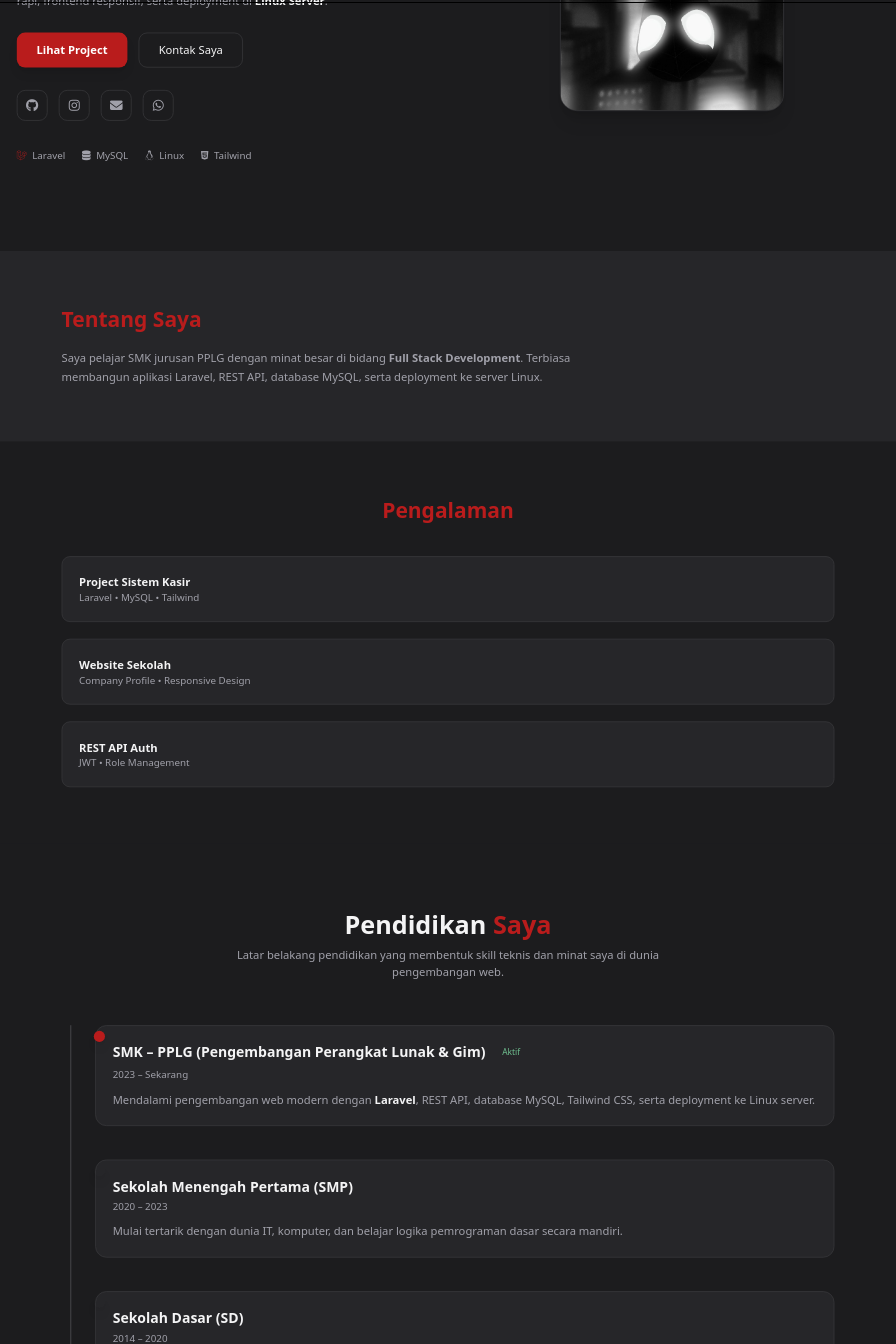
Repository: Fadlan079/Personal-Portfolio
Page: http://localhost/
The author's editor kept a copy of each file at every save. The page is drawn from the files as they stood at one save, then again after a run of saves.
The browser window is 1280 px wide. The pictures show the part of the page from y = 361 to 2281 px (the page is 4636 px tall), at 70% of full size.
Some web libraries are served in a nearby version. The page is served by the project's Laravel application, run on PHP 8.4 with Laravel 12. Other server files are loaded and not shown.

Above is the page before, as saved 2026-01-15 09:12:06.

### routes/web.php
<?php

use Illuminate\Support\Facades\Route;
use App\Http\Controllers\ProjectController;

// Route::get('/', function () {
//     return view('welcome');
// });

Route::get('/', function () {
    return view('portofolio');
});

// Route::get('/project', function () {
//     return view('project');
// });

Route::get('/project', [ProjectController::class, 'index']);

### resources/views/portofolio.blade.php
<!DOCTYPE html>
<html lang="id">
<head>
  <meta charset="UTF-8" />
  <meta name="viewport" content="width=device-width, initial-scale=1.0" />
  <title>Portfolio | Fadlan</title>
  <script src="https://cdn.tailwindcss.com"></script>
  <link rel="stylesheet" href="https://cdnjs.cloudflare.com/ajax/libs/font-awesome/6.5.1/css/all.min.css"/>
  <script>
    tailwind.config = {
      theme: {
        extend: {
          colors: {
            bg: 'var(--color-bg)',
            surface: 'var(--color-surface)',
            border: 'var(--color-border)',
            text: 'var(--color-text)',
            muted: 'var(--color-muted)',
            primary: 'var(--color-primary)',
            success: 'var(--color-success)',
            danger: 'var(--color-danger)',
            warning: 'var(--color-warning)',
          }
        }
      }
    }
  </script>
  <style>
    :root {
      --color-bg: #1c1c1e;
      --color-surface: #262629;
      --color-border: #3a3a3d;
      --color-text: #f4f4f5;
      --color-muted: #a1a1aa;
      --color-primary: #b91c1c;
      --color-success: #6fbf8f;
      --color-danger:  #ef4444;
      --color-warning: #eab308;
    }

    html {
      scroll-behavior: smooth;
    }

* {
  scrollbar-width: thin;
  scrollbar-color: #ef4444 transparent;
}

::-webkit-scrollbar {
  width: 10px;
}

::-webkit-scrollbar-track {
  background: transparent;
}

::-webkit-scrollbar-thumb {
  background: linear-gradient(
    180deg,
    #ef4444,
    #dc2626
  );
  border-radius: 999px;
  border: 2px solid transparent;
  background-clip: content-box;
}

::-webkit-scrollbar-thumb:hover {
  background: linear-gradient(
    180deg,
    #f87171,
    #ef4444
  );
}

  </style>
</head>

<body class="bg-bg text-text">
  <header> @include('components.header') </header>
  <main>
    <section id="home" class="relative min-h-screen flex items-center px-6 overflow-hidden">  @include('sections.hero')</section>
    <section id="about" class="py-20 bg-surface"> @include('sections.about')</section>
  </main>

<section id="experience" class="py-20">
  <div class="max-w-6xl mx-auto px-6">
    <h3 class="text-3xl font-bold mb-12 text-primary text-center">Pengalaman</h3>
    <div class="space-y-6">
      <div class="bg-surface border border-border rounded-xl p-6">
        <h4 class="font-semibold">Project Sistem Kasir</h4>
        <p class="text-muted text-sm">Laravel • MySQL • Tailwind</p>
      </div>
      <div class="bg-surface border border-border rounded-xl p-6">
        <h4 class="font-semibold">Website Sekolah</h4>
        <p class="text-muted text-sm">Company Profile • Responsive Design</p>
      </div>
      <div class="bg-surface border border-border rounded-xl p-6">
        <h4 class="font-semibold">REST API Auth</h4>
        <p class="text-muted text-sm">JWT • Role Management</p>
      </div>
    </div>
  </div>
</section>

<!-- Education -->
<section id="education" class="py-24 bg-bg">
  <div class="max-w-6xl mx-auto px-6">

    <!-- Heading -->
    <div class="mb-16 text-center">
      <h3 class="text-4xl font-extrabold">
        Pendidikan
        <span class="text-primary">Saya</span>
      </h3>
      <p class="text-muted mt-3 max-w-2xl mx-auto">
        Latar belakang pendidikan yang membentuk skill teknis
        dan minat saya di dunia pengembangan web.
      </p>
    </div>

    <!-- Timeline Wrapper -->
    <div class="relative pl-8 md:pl-12">

      <!-- Vertical Line -->
      <div class="absolute left-3 top-0 h-full w-[2px] bg-border"></div>

      <!-- Item -->
      <div class="relative mb-12">
        <!-- Dot -->
        <div class="absolute -left-[2px] top-2">
          <span
            class="block w-4 h-4 rounded-full bg-primary
                   shadow-lg shadow-primary/40">
          </span>
        </div>

        <!-- Card -->
        <div
          class="bg-surface border border-border rounded-2xl p-6
                 hover:-translate-y-1 transition"
        >
          <div class="flex flex-wrap items-center gap-3 mb-2">
            <h4 class="text-xl font-semibold">
              SMK – PPLG (Pengembangan Perangkat Lunak & Gim)
            </h4>
            <span
              class="text-xs px-3 py-1 rounded-full
                     bg-success/20 text-success"
            >
              Aktif
            </span>
          </div>

          <p class="text-sm text-muted mb-3">
            2023 – Sekarang
          </p>

          <p class="text-muted leading-relaxed">
            Mendalami pengembangan web modern dengan
            <strong class="text-text">Laravel</strong>,
            REST API, database MySQL, Tailwind CSS,
            serta deployment ke Linux server.
          </p>
        </div>
      </div>

      <!-- Item -->
      <div class="relative mb-12">
        <!-- Dot -->
        <div class="absolute -left-[2px] top-2">
          <span
            class="block w-4 h-4 rounded-full bg-primary/70
                   shadow-lg shadow-primary/30">
          </span>
        </div>

        <!-- Card -->
        <div
          class="bg-surface border border-border rounded-2xl p-6
                 hover:-translate-y-1 transition"
        >
          <h4 class="text-xl font-semibold mb-1">
            Sekolah Menengah Pertama (SMP)
          </h4>

          <p class="text-sm text-muted mb-3">
            2020 – 2023
          </p>

          <p class="text-muted leading-relaxed">
            Mulai tertarik dengan dunia IT, komputer,
            dan belajar logika pemrograman dasar secara mandiri.
          </p>
        </div>
      </div>

      <!-- Item -->
      <div class="relative">
        <!-- Dot -->
        <div class="absolute -left-[2px] top-2">
          <span
            class="block w-4 h-4 rounded-full bg-primary/40
                   shadow-lg shadow-primary/20">
          </span>
        </div>

        <!-- Card -->
        <div
          class="bg-surface border border-border rounded-2xl p-6
                 hover:-translate-y-1 transition"
        >
          <h4 class="text-xl font-semibold mb-1">
            Sekolah Dasar (SD)
          </h4>

          <p class="text-sm text-muted mb-3">
            2014 – 2020
          </p>

          <p class="text-muted leading-relaxed">
            Pendidikan dasar dan awal mengenal komputer
            serta teknologi digital.
          </p>
        </div>
      </div>

    </div>
  </div>
</section>


<!-- Projects -->
<section id="projects" class="py-20 bg-bg">
  <div class="max-w-7xl mx-auto px-6">
    <h3 class="text-3xl font-bold text-center mb-4 text-primary">Projects</h3>
    <p class="text-muted text-center mb-12">
      Beberapa project yang pernah saya kerjakan
    </p>

    <div class="grid md:grid-cols-3 gap-8">

<!-- Project Card -->
<div class="bg-surface border border-border rounded-2xl p-6 hover:-translate-y-2 transition">
  <div class="flex justify-between items-center mb-3">
    <h4 class="text-xl font-semibold">Sistem Manajemen Parkir</h4>
    <span class="text-xs px-2 py-1 rounded bg-success/20 text-success">
      Finished
    </span>
  </div>

  <p class="text-muted text-sm mb-4">
    Aplikasi manajemen parkir berbasis web untuk pencatatan kendaraan,
    monitoring slot parkir, dan laporan transaksi parkir.
  </p>

  <!-- Tech Stack -->
  <div class="flex flex-wrap gap-2 text-xs mb-4">
    <span class="px-2 py-1 bg-bg border border-border rounded">Laravel</span>
    <span class="px-2 py-1 bg-bg border border-border rounded">MySQL</span>
    <span class="px-2 py-1 bg-bg border border-border rounded">Tailwind</span>
  </div>

  <!-- Action -->
  <a href="https://github.com/Fadlan079/Sistem-Manajemen-Parkir.git" class="text-primary text-sm font-semibold hover:underline">
    Lihat Detail →
  </a>
</div>


      <!-- Project Card -->
      <div class="bg-surface border border-border rounded-2xl p-6 hover:-translate-y-2 transition">
        <div class="flex justify-between items-center mb-3">
          <h4 class="text-xl font-semibold">Website Sekolah</h4>
          <span class="text-xs px-2 py-1 rounded bg-warning/20 text-warning">
            Ongoing
          </span>
        </div>

        <p class="text-muted text-sm mb-4">
          Website company profile sekolah dengan desain responsif
          dan admin panel.
        </p>

        <div class="flex flex-wrap gap-2 text-xs mb-4">
          <span class="px-2 py-1 bg-bg border border-border rounded">Laravel</span>
          <span class="px-2 py-1 bg-bg border border-border rounded">Blade</span>
          <span class="px-2 py-1 bg-bg border border-border rounded">CSS</span>
        </div>

        <a href="#" class="text-primary text-sm font-semibold hover:underline">
          Lihat Detail →
        </a>
      </div>

      <!-- Project Card -->
      <div class="bg-surface border border-border rounded-2xl p-6 hover:-translate-y-2 transition">
        <div class="flex justify-between items-center mb-3">
          <h4 class="text-xl font-semibold">REST API Auth</h4>
          <span class="text-xs px-2 py-1 rounded bg-danger/20 text-danger">
            Backend
          </span>
        </div>

        <p class="text-muted text-sm mb-4">
          REST API untuk autentikasi user menggunakan JWT
          dan role-based access.
        </p>

        <div class="flex flex-wrap gap-2 text-xs mb-4">
          <span class="px-2 py-1 bg-bg border border-border rounded">Laravel</span>
          <span class="px-2 py-1 bg-bg border border-border rounded">JWT</span>
          <span class="px-2 py-1 bg-bg border border-border rounded">Postman</span>
        </div>

        <a href="#" class="text-primary text-sm font-semibold hover:underline">
          Lihat Detail →
        </a>
      </div>

    </div>
    <!-- Button Lihat Project Lengkap -->
    <div class="mt-16 flex justify-center">
    <a
        href="project"
        class="px-8 py-3 rounded-2xl
            bg-primary text-white font-semibold
            hover:bg-primary/90 transition
            shadow-lg shadow-primary/20"
    >
        Lihat Project Lebih Lengkap →
    </a>
    </div>

  </div>
</section>


<!-- Skills -->
<section id="skills" class="py-20 bg-surface">
  <div class="max-w-6xl mx-auto px-6">
    <h3 class="text-3xl font-bold mb-12 text-primary text-center">Skills & Bahasa</h3>

    <div class="grid md:grid-cols-3 gap-6 text-center">
      <div class="bg-bg border border-border rounded-xl p-6">
        <i class="fa-brands fa-laravel text-4xl text-primary mb-3"></i>
        <h4 class="font-semibold">Laravel</h4>
      </div>
      <div class="bg-bg border border-border rounded-xl p-6">
        <i class="fa-solid fa-database text-4xl text-primary mb-3"></i>
        <h4 class="font-semibold">MySQL</h4>
      </div>
      <div class="bg-bg border border-border rounded-xl p-6">
        <i class="fa-brands fa-linux text-4xl text-primary mb-3"></i>
        <h4 class="font-semibold">Linux Server</h4>
      </div>
      <div class="bg-bg border border-border rounded-xl p-6">
        <i class="fa-brands fa-html5 text-4xl text-warning mb-3"></i>
        <h4 class="font-semibold">HTML</h4>
      </div>
      <div class="bg-bg border border-border rounded-xl p-6">
        <i class="fa-brands fa-css3-alt text-4xl text-warning mb-3"></i>
        <h4 class="font-semibold">CSS / Tailwind</h4>
      </div>
      <div class="bg-bg border border-border rounded-xl p-6">
        <i class="fa-brands fa-js text-4xl text-warning mb-3"></i>
        <h4 class="font-semibold">JavaScript</h4>
      </div>
    </div>
  </div>
</section>

<!-- Contact -->
<section id="contact" class="py-24 bg-bg">
  <div class="max-w-5xl mx-auto px-6">

    <!-- Heading -->
    <div class="text-center mb-14">
      <h3 class="text-4xl font-extrabold mb-3">
        Kontak <span class="text-primary">Saya</span>
      </h3>
      <p class="text-muted max-w-2xl mx-auto">
        Tertarik kerja sama, project freelance, atau diskusi seputar web & Laravel?
        Hubungi saya melalui platform di bawah ini.
      </p>
    </div>

    <!-- Contact Cards -->
    <div class="grid sm:grid-cols-2 gap-6">

      <!-- Email -->
      <a href="mailto:fadlanfirdaus220@gmail.com"
         class="group bg-surface border border-border rounded-2xl p-6
                flex items-center gap-5
                hover:border-primary hover:-translate-y-1 transition">
        <div class="w-14 h-14 rounded-xl flex items-center justify-center
                    bg-primary/20 text-primary text-xl">
          <i class="fa-solid fa-envelope"></i>
        </div>
        <div>
          <p class="text-sm text-muted">Email</p>
          <p class="font-semibold group-hover:text-primary transition">
            fadlanfirdaus220@gmail.com
          </p>
        </div>
      </a>

      <!-- GitHub -->
      <a href="https://github.com/Fadlan079" target="_blank"
         class="group bg-surface border border-border rounded-2xl p-6
                flex items-center gap-5
                hover:border-primary hover:-translate-y-1 transition">
        <div class="w-14 h-14 rounded-xl flex items-center justify-center
                    bg-primary/20 text-primary text-xl">
          <i class="fa-brands fa-github"></i>
        </div>
        <div>
          <p class="text-sm text-muted">GitHub</p>
          <p class="font-semibold group-hover:text-primary transition">
            github.com/Fadlan079
          </p>
        </div>
      </a>

      <!-- Phone -->
      <a href="tel:082210732928"
         class="group bg-surface border border-border rounded-2xl p-6
                flex items-center gap-5
                hover:border-primary hover:-translate-y-1 transition">
        <div class="w-14 h-14 rounded-xl flex items-center justify-center
                    bg-primary/20 text-primary text-xl">
          <i class="fa-solid fa-phone"></i>
        </div>
        <div>
          <p class="text-sm text-muted">WhatsApp / Phone</p>
          <p class="font-semibold group-hover:text-primary transition">
            0822-1073-2928
          </p>
        </div>
      </a>

      <!-- Instagram -->
      <a href="https://instagram.com/fdln007" target="_blank"
         class="group bg-surface border border-border rounded-2xl p-6
                flex items-center gap-5
                hover:border-primary hover:-translate-y-1 transition">
        <div class="w-14 h-14 rounded-xl flex items-center justify-center
                    bg-primary/20 text-primary text-xl">
          <i class="fa-brands fa-instagram"></i>
        </div>
        <div>
          <p class="text-sm text-muted">Instagram</p>
          <p class="font-semibold group-hover:text-primary transition">
            @fdln007
          </p>
        </div>
      </a>

    </div>

    <!-- CTA -->
    <div class="text-center mt-16">
      <p class="text-muted mb-4">
        Siap berkolaborasi dan membangun aplikasi bersama?
      </p>
      <a href="mailto:fadlanfirdaus220@gmail.com"
         class="inline-block px-8 py-3 bg-primary text-white
                rounded-2xl font-semibold
                hover:opacity-90 transition shadow-lg shadow-primary/30">
        Hubungi Sekarang
      </a>
    </div>

  </div>
</section>


<!-- Footer -->
<footer class="relative border-t border-border bg-bg">
  <!-- Glow -->
  <div class="absolute inset-0 -z-10">
    <div class="absolute bottom-0 left-1/2 -translate-x-1/2
                w-[400px] h-[400px]
                bg-primary/20 blur-[120px] rounded-full"></div>
  </div>

  <div class="max-w-7xl mx-auto px-6 py-14 grid gap-10 md:grid-cols-3">

    <!-- Brand -->
    <div>
      <h3 class="text-xl font-bold text-primary mb-3">Fadlan.dev</h3>
      <p class="text-muted leading-relaxed">
        Full Stack Developer yang fokus pada pengembangan
        aplikasi web modern menggunakan Laravel,
        frontend responsif, dan backend yang scalable.
      </p>
    </div>

    <!-- Quick Links -->
    <div>
      <h4 class="font-semibold mb-4 text-text">Quick Links</h4>
      <ul class="space-y-2 text-muted text-sm">
        <li>
          <a href="#home" class="hover:text-primary transition">Home</a>
        </li>
        <li>
          <a href="#projects" class="hover:text-primary transition">Projects</a>
        </li>
        <li>
          <a href="#contact" class="hover:text-primary transition">Contact</a>
        </li>
      </ul>
    </div>

    <!-- Social -->
    <div>
      <h4 class="font-semibold mb-4 text-text">Connect</h4>
      <div class="flex gap-4">
        <a href="https://github.com/Fadlan079" target="_blank"
           class="w-10 h-10 rounded-xl border border-border
                  flex items-center justify-center
                  text-muted hover:text-primary hover:border-primary
                  transition">
          <i class="fa-brands fa-github"></i>
        </a>
        <a href="https://instagram.com/fdln007" target="_blank"
           class="w-10 h-10 rounded-xl border border-border
                  flex items-center justify-center
                  text-muted hover:text-primary hover:border-primary
                  transition">
          <i class="fa-brands fa-instagram"></i>
        </a>
        <a href="mailto:fadlanfirdaus220@gmail.com"
           class="w-10 h-10 rounded-xl border border-border
                  flex items-center justify-center
                  text-muted hover:text-primary hover:border-primary
                  transition">
          <i class="fa-solid fa-envelope"></i>
        </a>
      </div>
    </div>

  </div>

  <!-- Bottom -->
  <div class="border-t border-border text-center py-4 text-muted text-sm">
    © 2026 <span class="text-text font-semibold">Fadlan Firdaus</span>.
    Built with <span class="text-primary">Laravel</span> & Tailwind CSS.
  </div>
</footer>


</body>
</html>

### resources/views/components/header.blade.php
<nav class="fixed w-full bg-bg/80 backdrop-blur border-b border-border z-50">
  <div class="max-w-7xl mx-auto px-6 py-4 flex justify-between items-center">
    <h1 class="text-xl font-bold text-primary">Fadlan.dev</h1>
    <ul class="flex gap-6 text-sm">
      <li class="relative group">
        <a href="#home">Home</a>
        <span class="absolute left-0 -bottom-1 h-[2px] w-0 bg-primary transition-all group-hover:w-full"></span>
      </li>
      <li class="relative group">
        <a href="#about">About</a>
        <span class="absolute left-0 -bottom-1 h-[2px] w-0 bg-primary transition-all group-hover:w-full"></span>
      </li>
      <li class="relative group">
        <a href="#experience">Experience</a>
        <span class="absolute left-0 -bottom-1 h-[2px] w-0 bg-primary transition-all group-hover:w-full"></span>
      </li>
        <li class="relative group">
        <a href="#projects">Project</a>
        <span class="absolute left-0 -bottom-1 h-[2px] w-0 bg-primary transition-all group-hover:w-full"></span>
      </li>
      <li class="relative group">
        <a href="#skills">Skills</a>
        <span class="absolute left-0 -bottom-1 h-[2px] w-0 bg-primary transition-all group-hover:w-full"></span>
      </li>
      <li class="relative group">
        <a href="#contact">Contact</a>
        <span class="absolute left-0 -bottom-1 h-[2px] w-0 bg-primary transition-all group-hover:w-full"></span>
      </li>
    </ul>
  </div>
</nav>

### resources/views/sections/about.blade.php
<div class="max-w-6xl mx-auto px-6">
<h3 class="text-3xl font-bold mb-6 text-primary">Tentang Saya</h3>
<p class="text-muted leading-relaxed max-w-3xl">
    Saya pelajar SMK jurusan PPLG dengan minat besar di bidang
    <strong>Full Stack Development</strong>. Terbiasa membangun aplikasi
    Laravel, REST API, database MySQL, serta deployment ke server Linux.
</p>
</div>

Loaded but not shown: resources/views/sections/hero.blade.php (143 lines, source omitted)

After the next 5 saves:
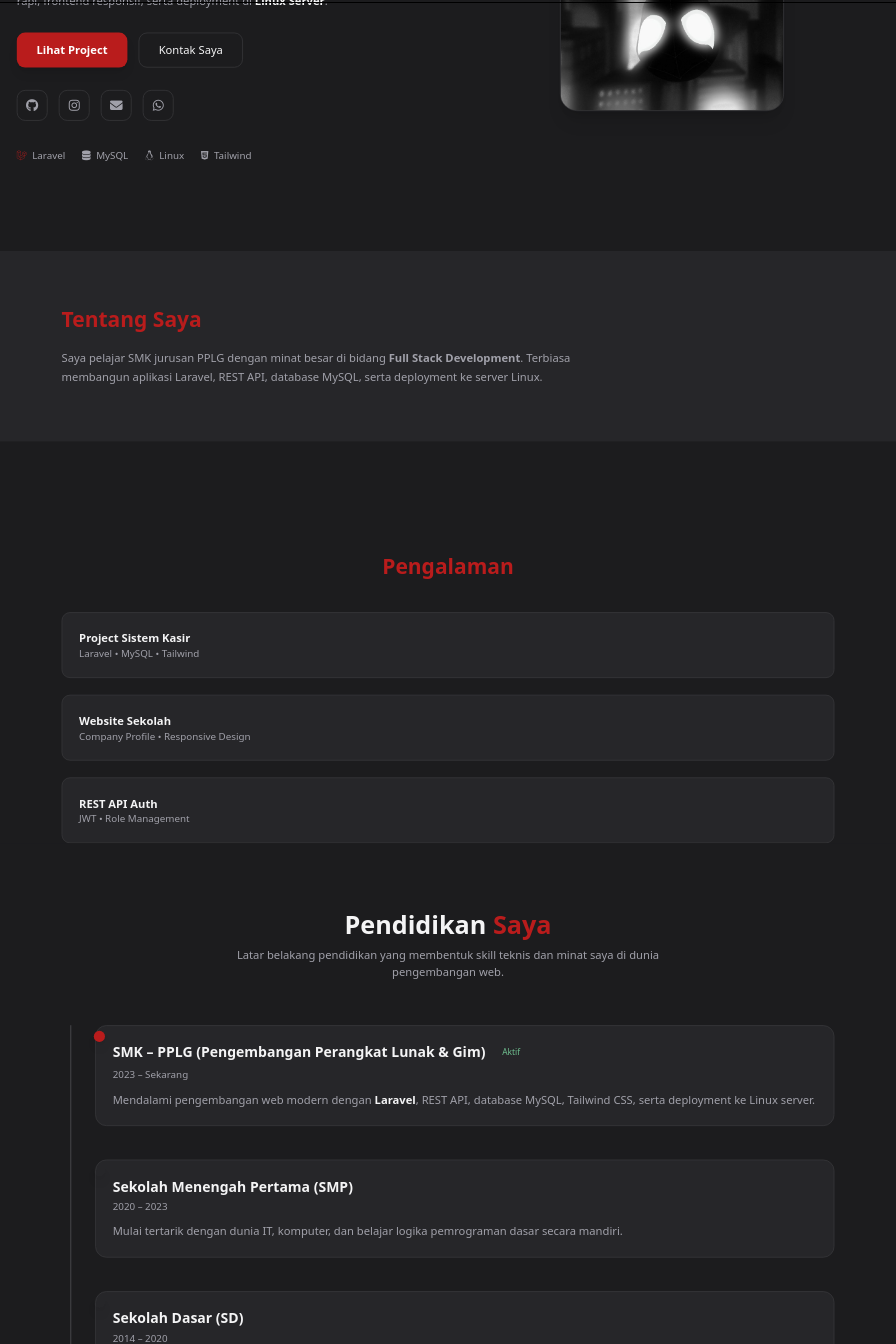
The 5 saves are shown as one change because they came seconds apart.
The last was saved 11 s later.
--- a/resources/views/portofolio.blade.php
+++ b/resources/views/portofolio.blade.php
@@ -82,9 +82,9 @@
   <main>
     <section id="home" class="relative min-h-screen flex items-center px-6 overflow-hidden">  @include('sections.hero')</section>
     <section id="about" class="py-20 bg-surface"> @include('sections.about')</section>
+    <section id="experience" class="py-20"> </section>
   </main>
 
-<section id="experience" class="py-20">
   <div class="max-w-6xl mx-auto px-6">
     <h3 class="text-3xl font-bold mb-12 text-primary text-center">Pengalaman</h3>
     <div class="space-y-6">
@@ -102,7 +102,7 @@
       </div>
     </div>
   </div>
-</section>
+
 
 <!-- Education -->
 <section id="education" class="py-24 bg-bg">
